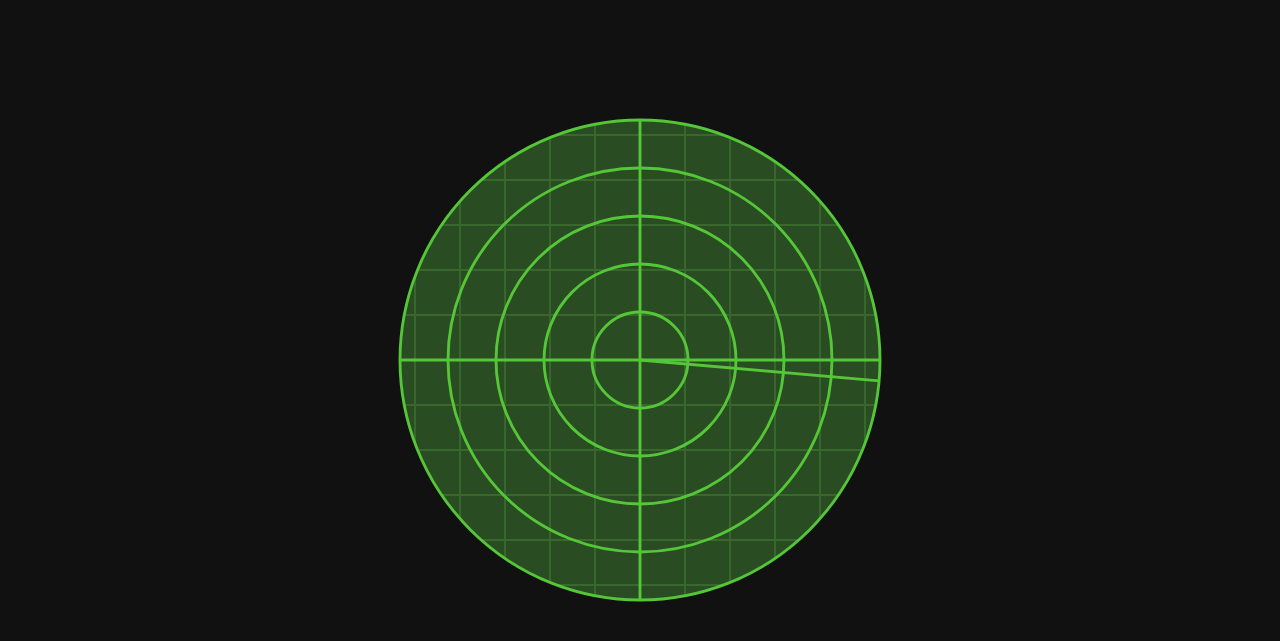
Repository: pedro-mancano/ProjetoCDM204
Page: scripts/radar.html
These files come from the project's save history. The page is drawn as it stood at one moment and after the next save; the edit follows.
The browser window is 1280 px wide. The pictures show the whole page.

Above is the page before, as saved 2024-11-27 08:57:10.

### scripts/radar.html
<html>

<head>
  <title>Radars</title>
  <link rel="stylesheet" type="text/css" href="./radar.css">
</head>

<body>
  <div class="radar">
    <canvas id="radarCanvas" width="400" height="400"></canvas>
  </div>
  <script src="./radar.js"></script>

</html>

### scripts/radar.css
html,
body {
  background-color: #111;
  height: 100%;
  margin: 0;
  width: 100%;
}

.radar {
  height: 100%;
  width: 100%;
  display: flex;
}

#radarCanvas {
  margin: auto;
  position: relative;
}

### scripts/radar.js
const canvas = document.getElementById('radarCanvas');
const ctx = canvas.getContext('2d');
let lastDraw = performance.now();

size = Math.min(window.innerWidth, window.innerHeight);

ctx.canvas.width = size;
ctx.canvas.height = size;

scaleFactor = size / 500;

angle = 5;

function draw(elapsed) {
  ctx.clearRect(0, 0, canvas.width, canvas.height);

  const height = canvas.height;
  const width = canvas.width;
  const r = canvas.height / 3;
  const R = canvas.height / 2;


  // Draw the radar circle
  ctx.fillStyle = '#294c22';
  ctx.beginPath();
  ctx.arc(R, R, r, 0, 2 * Math.PI);
  ctx.fill();

  //
  ctx.strokeStyle = '#3a682e';
  ctx.lineWidth = scaleFactor;
  for (let i = 0; i < 2 * R; i += R / 8) {
    for (let j = 0; j < 2 * R; j += R / 8) {
      ctx.beginPath();
      ctx.moveTo(i, 0);
      ctx.lineTo(i, 2 * R);
      ctx.stroke();
      ctx.beginPath();
      ctx.moveTo(0, j);
      ctx.lineTo(2 * R, j);
      ctx.stroke();
    }
  }

  // Clear the outside circle
  ctx.globalCompositeOperation = 'destination-in';
  ctx.fillStyle = '#FFFFFF';
  ctx.beginPath();
  ctx.arc(R, R, r, 0, 2 * Math.PI);
  ctx.fill();
  ctx.globalCompositeOperation = 'source-over';


  // Draw grid lines (4 lines, 90 degrees apart)
  ctx.strokeStyle = '#54c638';
  ctx.lineWidth = 2 * scaleFactor;
  for (let i = 0; i < 360; i += 90) {
    ctx.beginPath();
    ctx.moveTo(R, R);
    ctx.lineTo(R + r * Math.cos(i * Math.PI / 180), R + r * Math.sin(i * Math.PI / 180));
    ctx.stroke();
  }

  // Circle outlines 5
  for (let i = 0; i < 6; i++) {
    ctx.beginPath();
    ctx.arc(R, R, r / 5 * i, 0, 2 * Math.PI);
    ctx.stroke();
  }

  // Draw the radar sweep
  ctx.strokeStyle = '#54c638';
  ctx.lineWidth = 2 * scaleFactor;
  ctx.beginPath();
  ctx.moveTo(R, R);
  ctx.lineTo(R + r * Math.cos(angle * Math.PI / 180), R + r * Math.sin(angle * Math.PI / 180));
  ctx.stroke();
}

function drawLoop() {
  draw(performance.now() - lastDraw);
  lastDraw = performance.now();
  requestAnimationFrame(drawLoop);
}

requestAnimationFrame(drawLoop);

After the next save:
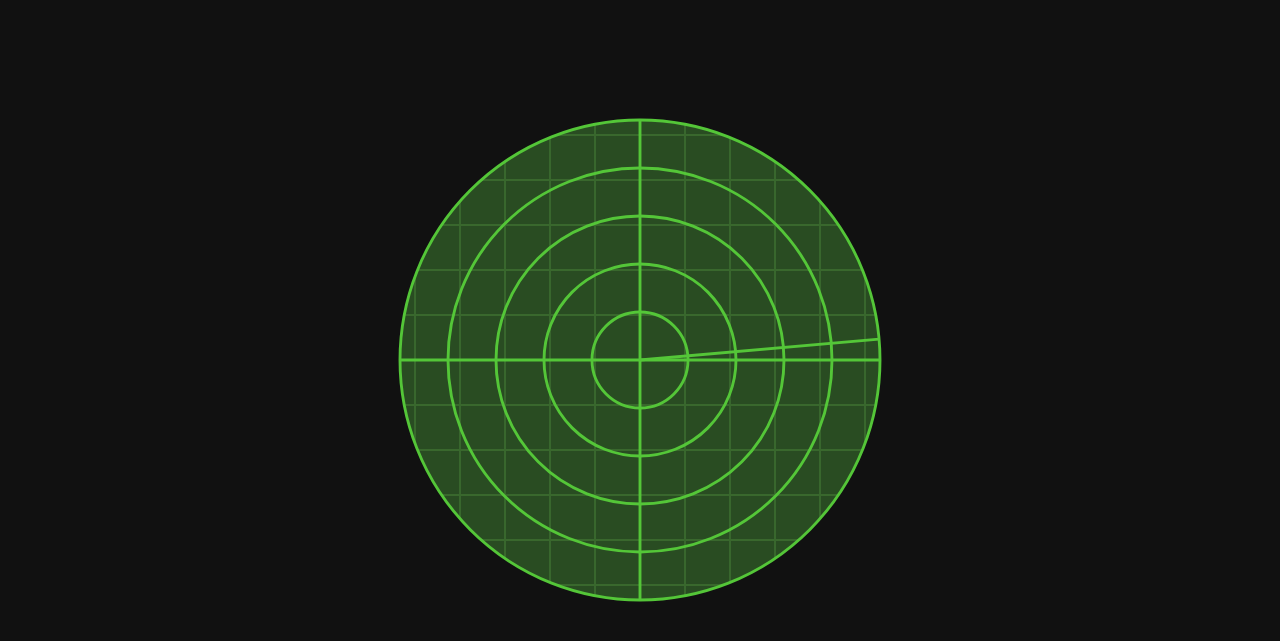
Saved 12 s later.
--- a/scripts/radar.js
+++ b/scripts/radar.js
@@ -73,7 +73,7 @@ function draw(elapsed) {
   ctx.lineWidth = 2 * scaleFactor;
   ctx.beginPath();
   ctx.moveTo(R, R);
-  ctx.lineTo(R + r * Math.cos(angle * Math.PI / 180), R + r * Math.sin(angle * Math.PI / 180));
+  ctx.lineTo(R + r * Math.cos(-angle * Math.PI / 180), R + r * Math.sin(-angle * Math.PI / 180));
   ctx.stroke();
 }
 
